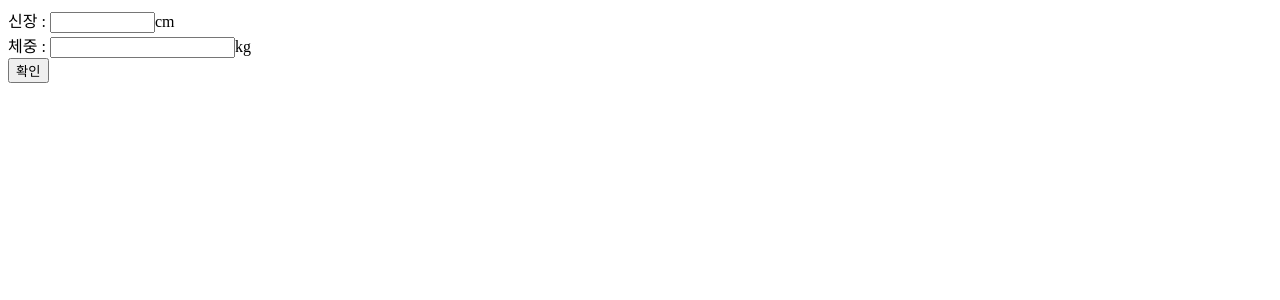
Repository: lee-ruru/jsp_practice
Page: http://localhost/JSPBasic/JspObject/1.requests/req_bmi.jsp
The author's editor kept a copy of each file at every save. The page is drawn from the files as they stood at one save, then again after the next save.
The browser window is 1280 px wide. The pictures show the whole page.
The page is served by Tomcat 9.

Above is the page before, as saved 2022-02-04 00:51:25.

After the next save:
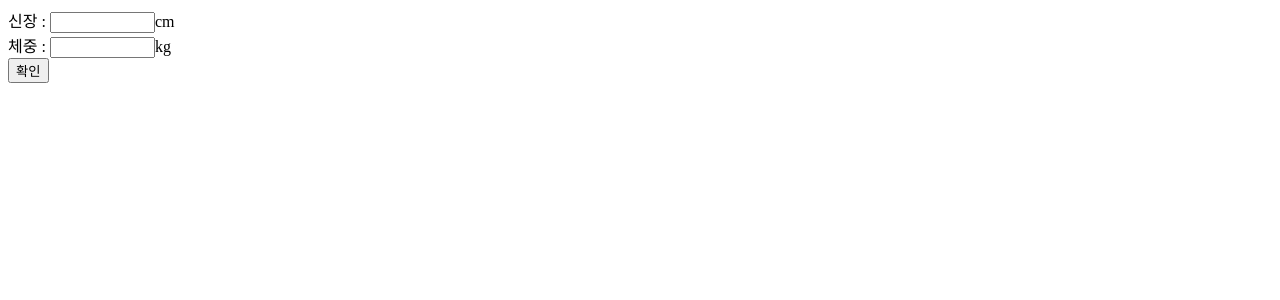
Saved 16 s later.
--- a/JSPBasic/src/main/webapp/JspObject/1.requests/req_bmi.jsp
+++ b/JSPBasic/src/main/webapp/JspObject/1.requests/req_bmi.jsp
@@ -19,7 +19,7 @@
 
 	<form action="req_bmi_result.jsp" method="post">
 		신장 : <input type="text" name="height" size="10px"/>cm<br/>
-		체중 : <input type="text" name="weight" sizw="10px"/>kg<br/>
+		체중 : <input type="text" name="weight" size="10px"/>kg<br/>
 		<input type="submit" value="확인"/>
 	</form>
 
